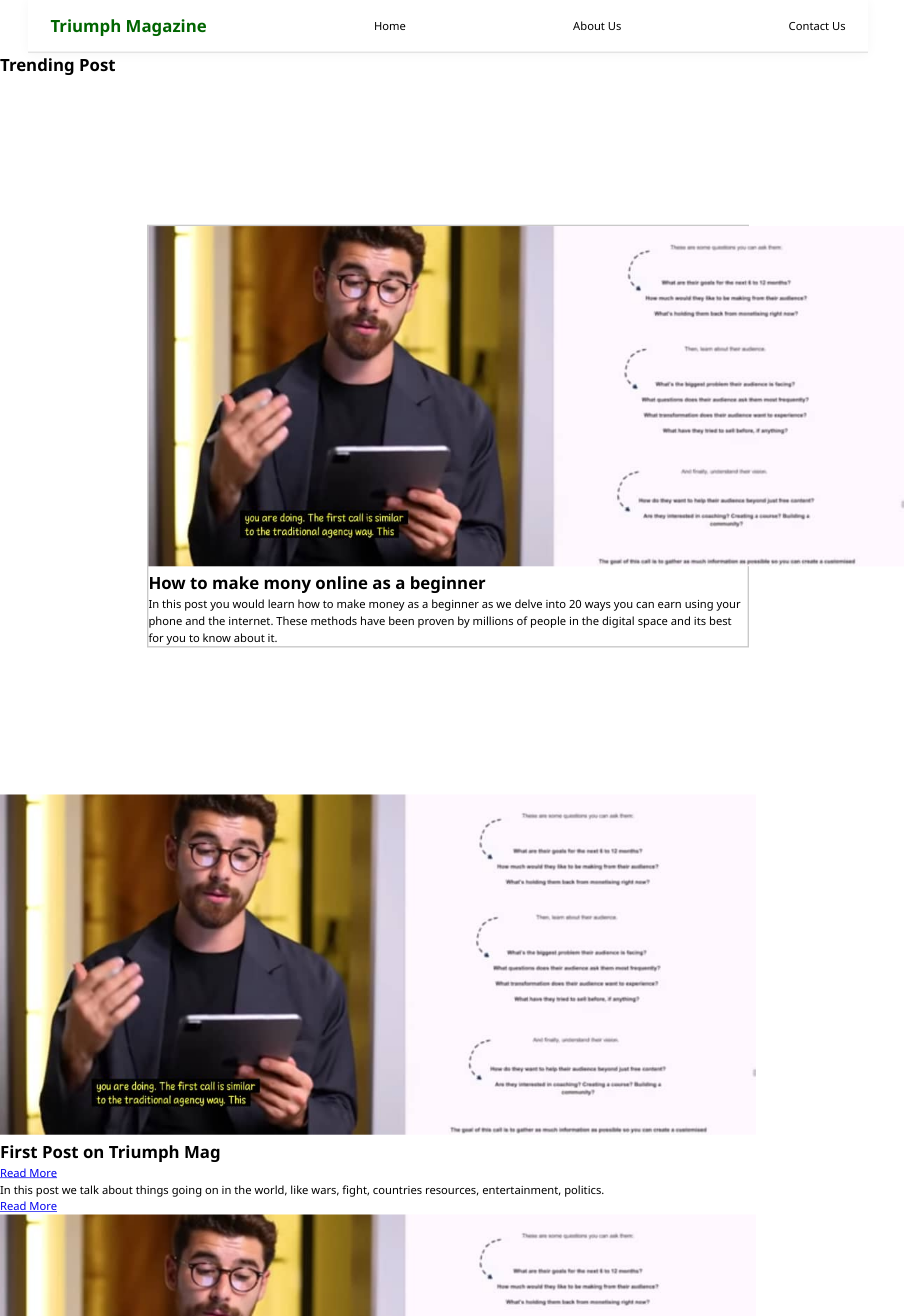
Repository: zikcolle/Triumph-Blog
Page: index.html
An editor plug-in stored every save of this project. The page is shown before and after the next save, followed by the edit.
The browser window is 1280 px wide. The page is 1292 px wide, then 1280 px, so the pictures cover 1292 px, including what lies to the right of the window. The pictures show the part of the page from y = 0 to 1880 px (the page is 5263 px tall before and 4819 px after), at 70% of full size.

Above is the page before, as saved 2026-06-20 15:27:59.

After the next save:
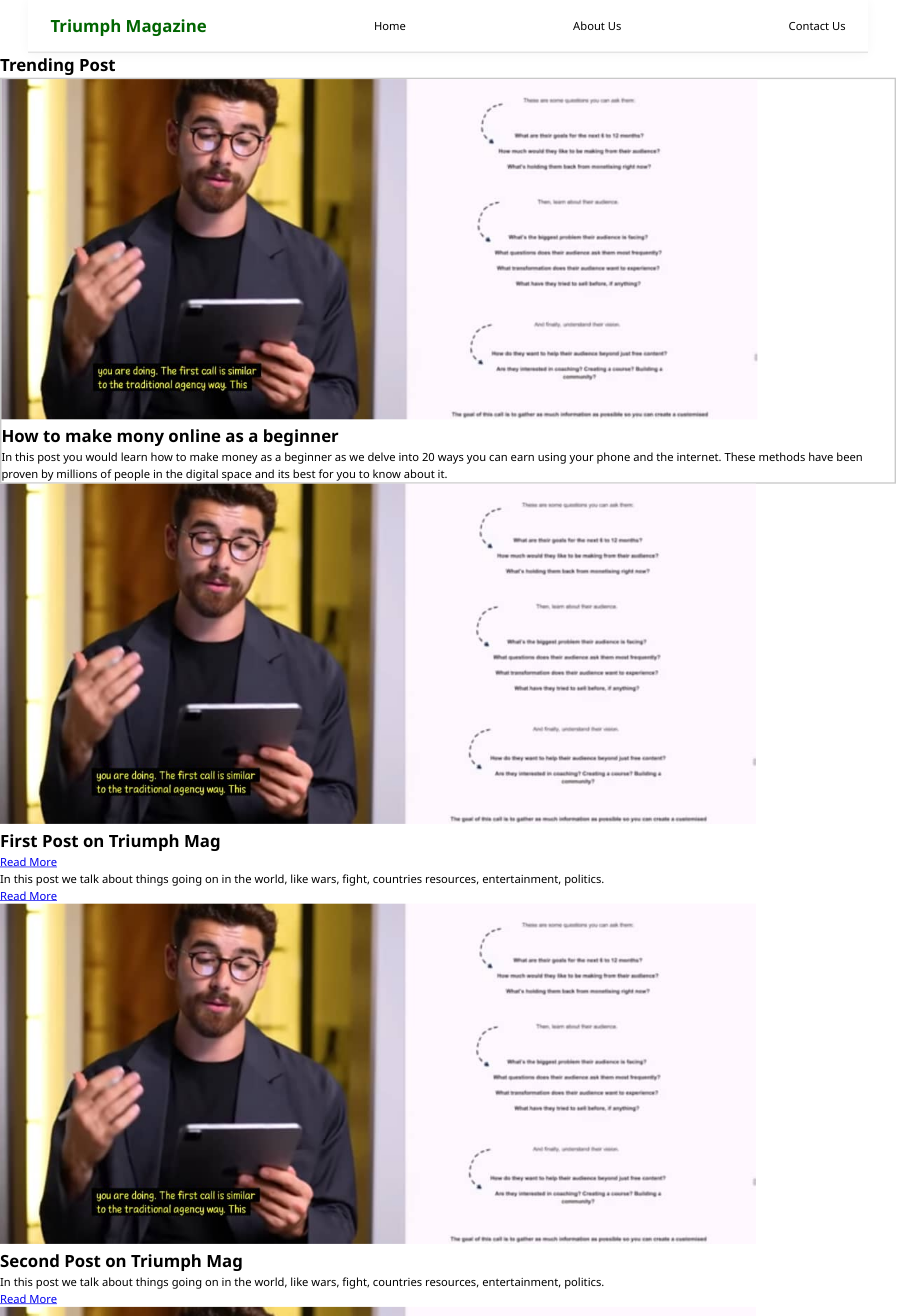
Saved 22 s later.
--- a/styles.css
+++ b/styles.css
@@ -45,5 +45,4 @@ header a:hover {
     display: block;
     background-color: rgb(255, 255, 255);
     border: 2px solid rgba(0, 0, 0, 0.213);
-    margin: 210px;
 }
